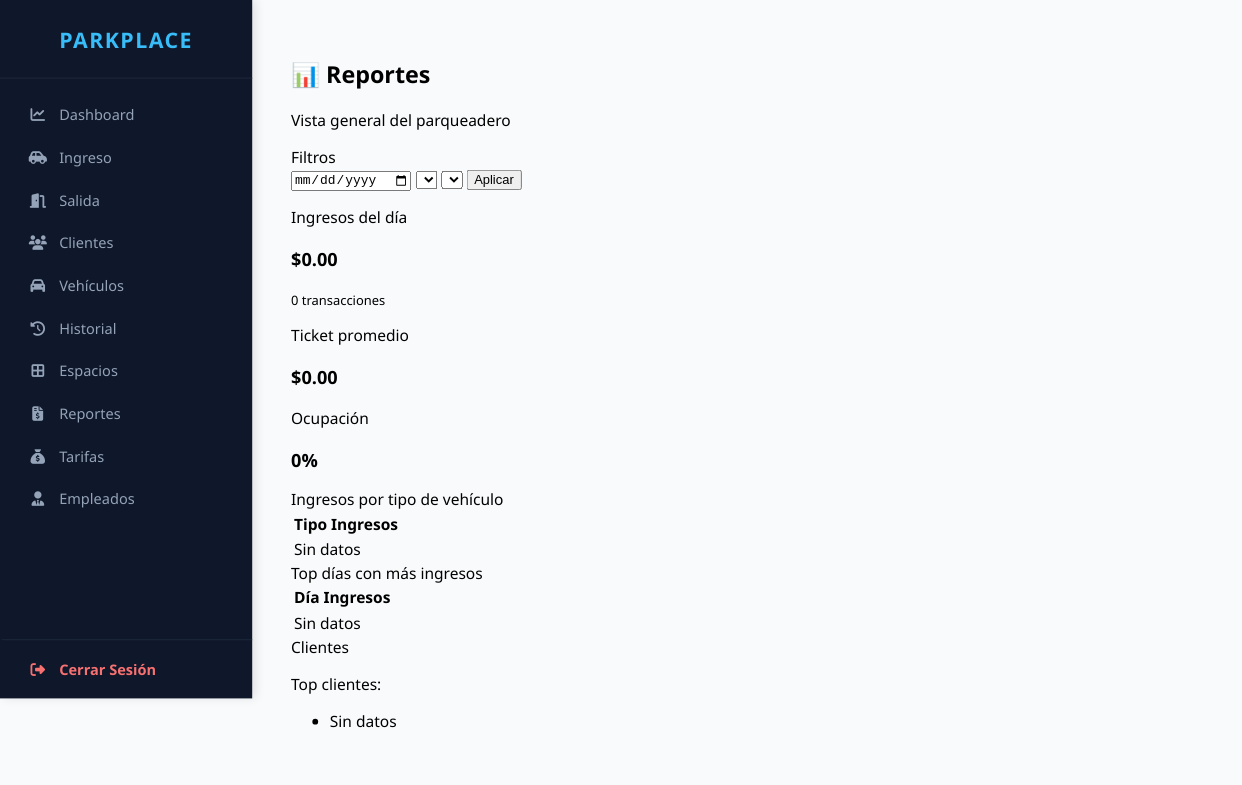
Repository: david-amp-s/ParkplaceDJango
Page: infrastructure/templates/reports.html
The author's editor kept a copy of each file at every save. The page is drawn from the files as they stood at one save, then again after the next save.
The browser window is 1280 px wide. The pictures show the whole page, at 97% of full size.
The template is drawn by Django 5.2. The application's start-up code is not run. The template is opened directly, without the code that normally fills it, so the values that code supplies are empty.

Above is the page before, as saved 2026-03-28 21:23:29.

After the next save:
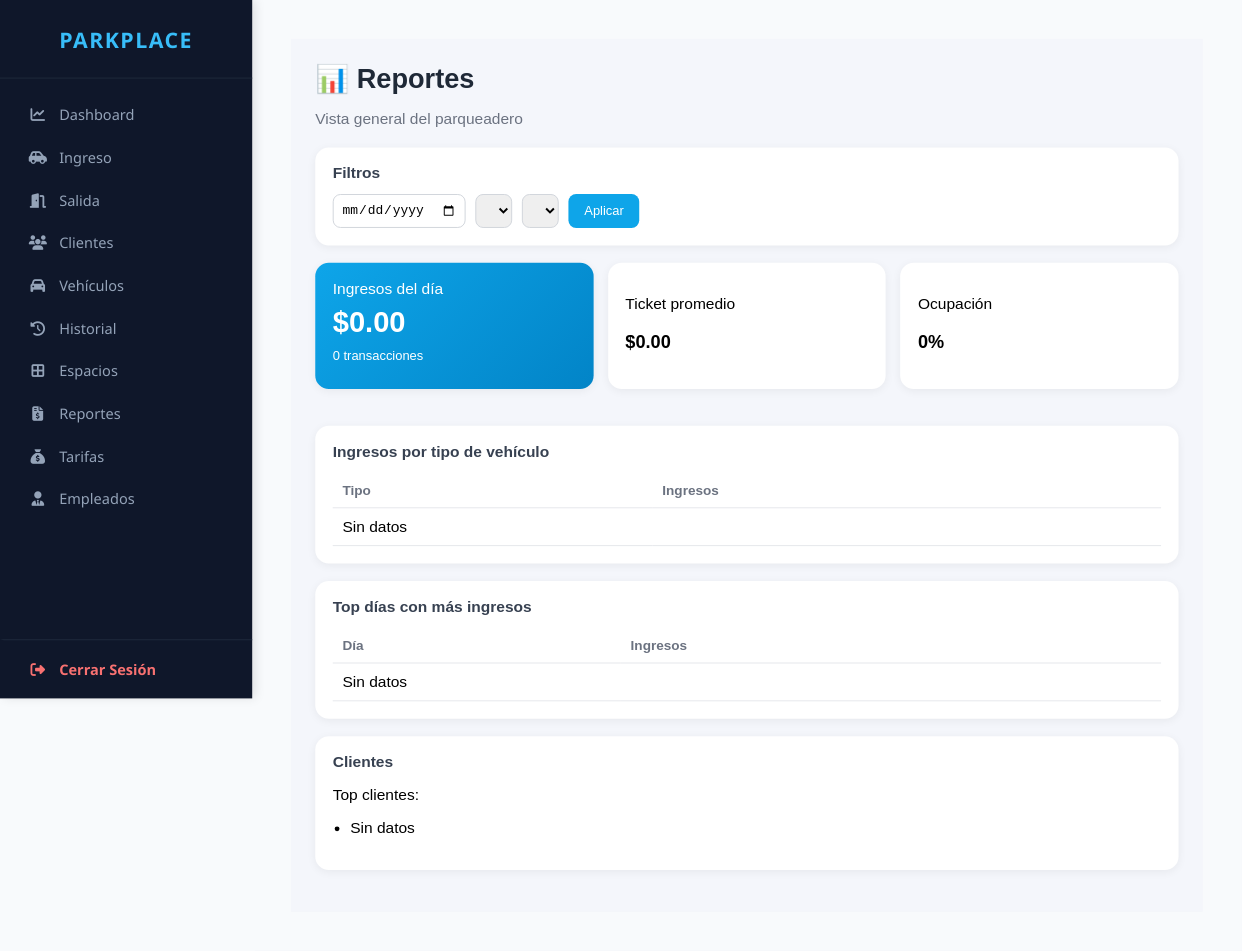
Saved 27 s later.
--- a/infrastructure/templates/reports.html
+++ b/infrastructure/templates/reports.html
@@ -3,6 +3,130 @@
 {% block title %}Reportes — ParkPlace{% endblock %}
 
 {% block content %}
+
+<style>
+.rep-container {
+  padding: 25px;
+  background: #f4f6fb;
+  min-height: 100vh;
+  font-family: Arial, sans-serif;
+}
+
+/* HEADER */
+.rep-header {
+  margin-bottom: 20px;
+}
+
+.rep-header h2 {
+  margin: 0;
+  font-size: 28px;
+  color: #1f2937;
+}
+
+.rep-header p {
+  color: #6b7280;
+}
+
+/* CARDS */
+.rep-card {
+  background: #ffffff;
+  border-radius: 14px;
+  padding: 18px;
+  margin-bottom: 18px;
+  box-shadow: 0 2px 10px rgba(0,0,0,0.06);
+  transition: 0.2s;
+}
+
+.rep-card:hover {
+  transform: translateY(-2px);
+}
+
+/* TITLES */
+.rep-card-title {
+  font-weight: bold;
+  margin-bottom: 12px;
+  color: #374151;
+}
+
+/* GRID */
+.rep-grid {
+  display: grid;
+  grid-template-columns: repeat(3, 1fr);
+  gap: 15px;
+  margin-bottom: 20px;
+}
+
+/* HIGHLIGHT CARD */
+.highlight {
+  background: linear-gradient(135deg, #0ea5e9, #0284c7);
+  color: white;
+}
+
+.highlight p {
+  margin: 0;
+}
+
+.highlight h3 {
+  font-size: 30px;
+  margin: 8px 0;
+}
+
+/* FILTERS */
+.rep-filters {
+  display: flex;
+  gap: 10px;
+  flex-wrap: wrap;
+}
+
+.rep-filters input,
+.rep-filters select {
+  padding: 8px;
+  border-radius: 8px;
+  border: 1px solid #d1d5db;
+  outline: none;
+}
+
+.rep-filters button {
+  background: #0ea5e9;
+  color: white;
+  border: none;
+  padding: 9px 16px;
+  border-radius: 8px;
+  cursor: pointer;
+  transition: 0.2s;
+}
+
+.rep-filters button:hover {
+  background: #0284c7;
+}
+
+/* TABLE */
+.rep-table {
+  width: 100%;
+  border-collapse: collapse;
+}
+
+.rep-table th,
+.rep-table td {
+  padding: 10px;
+  border-bottom: 1px solid #e5e7eb;
+}
+
+.rep-table th {
+  text-align: left;
+  color: #6b7280;
+  font-size: 14px;
+}
+
+/* CLIENTS */
+.rep-clients ul {
+  padding-left: 18px;
+}
+
+.rep-clients li {
+  margin-bottom: 5px;
+}
+</style>
 
 <div class="rep-container">
 
